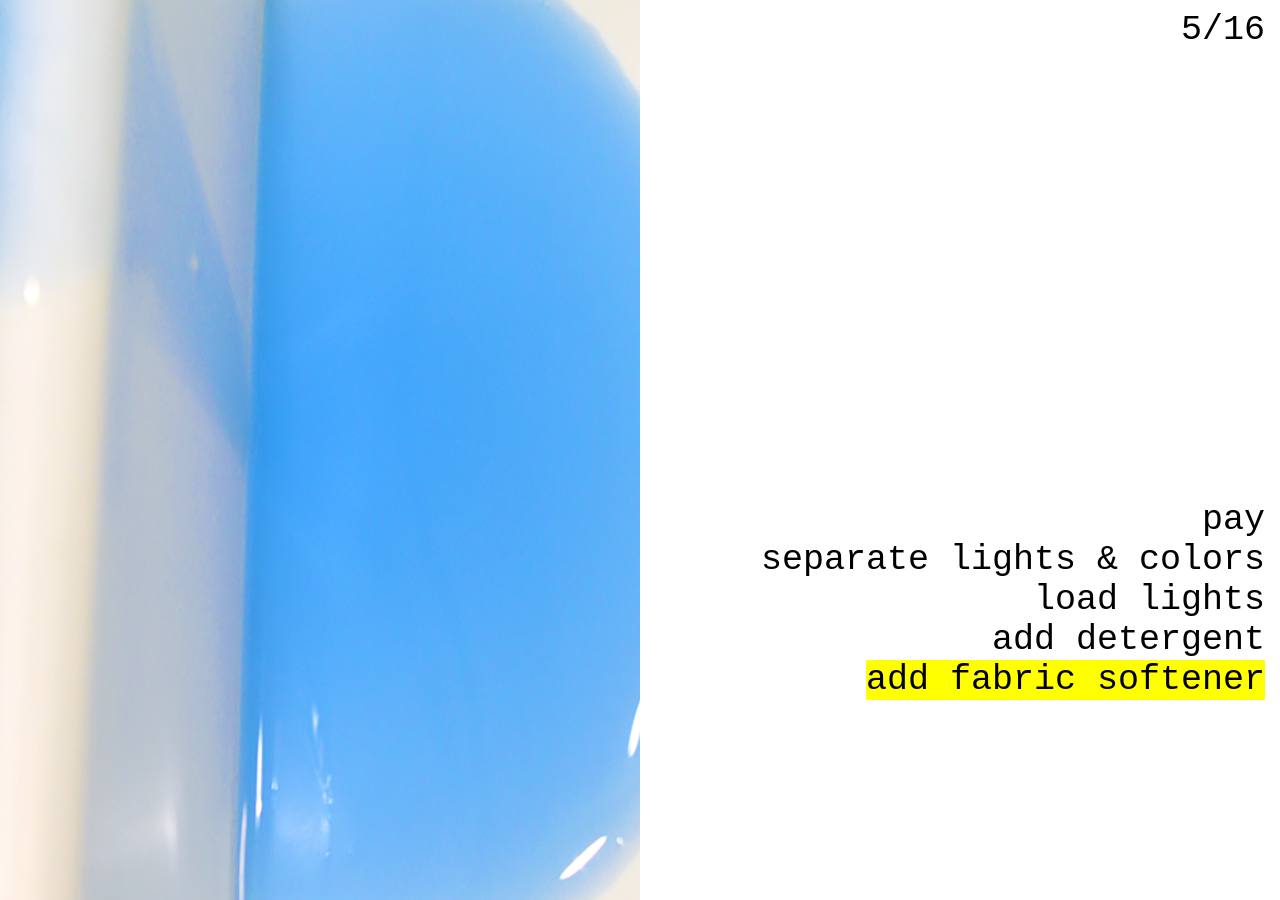
Repository: ortik455/ortik455.github.io
Page: studio/laundrysite/five.html
The author's editor kept a record of every edit. The page is drawn from the files as they stood at one moment, then again after the next edit.
The browser window is 1280 px wide. The pictures show the whole page.

Above is the page before.

After the next edit:
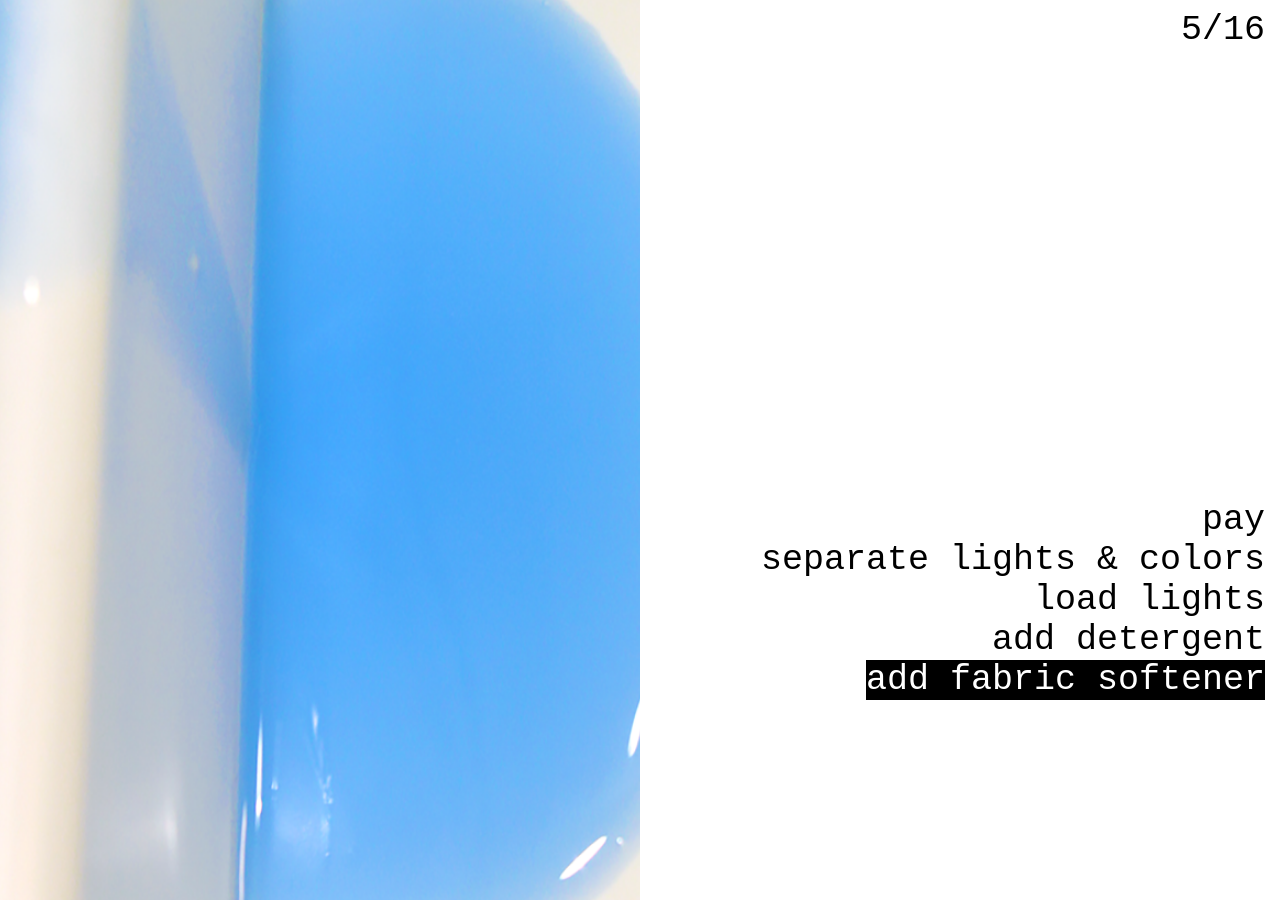
The edit:
--- a/studio/laundrysite/five.html
+++ b/studio/laundrysite/five.html
@@ -26,7 +26,7 @@
 		  	<br>
 		  	add detergent
 		  	<br>
-		  	<mark>add fabric softener</mark>
+		  	<span class="mark">add fabric softener</span>
 		</div>
 	  </div>
 
